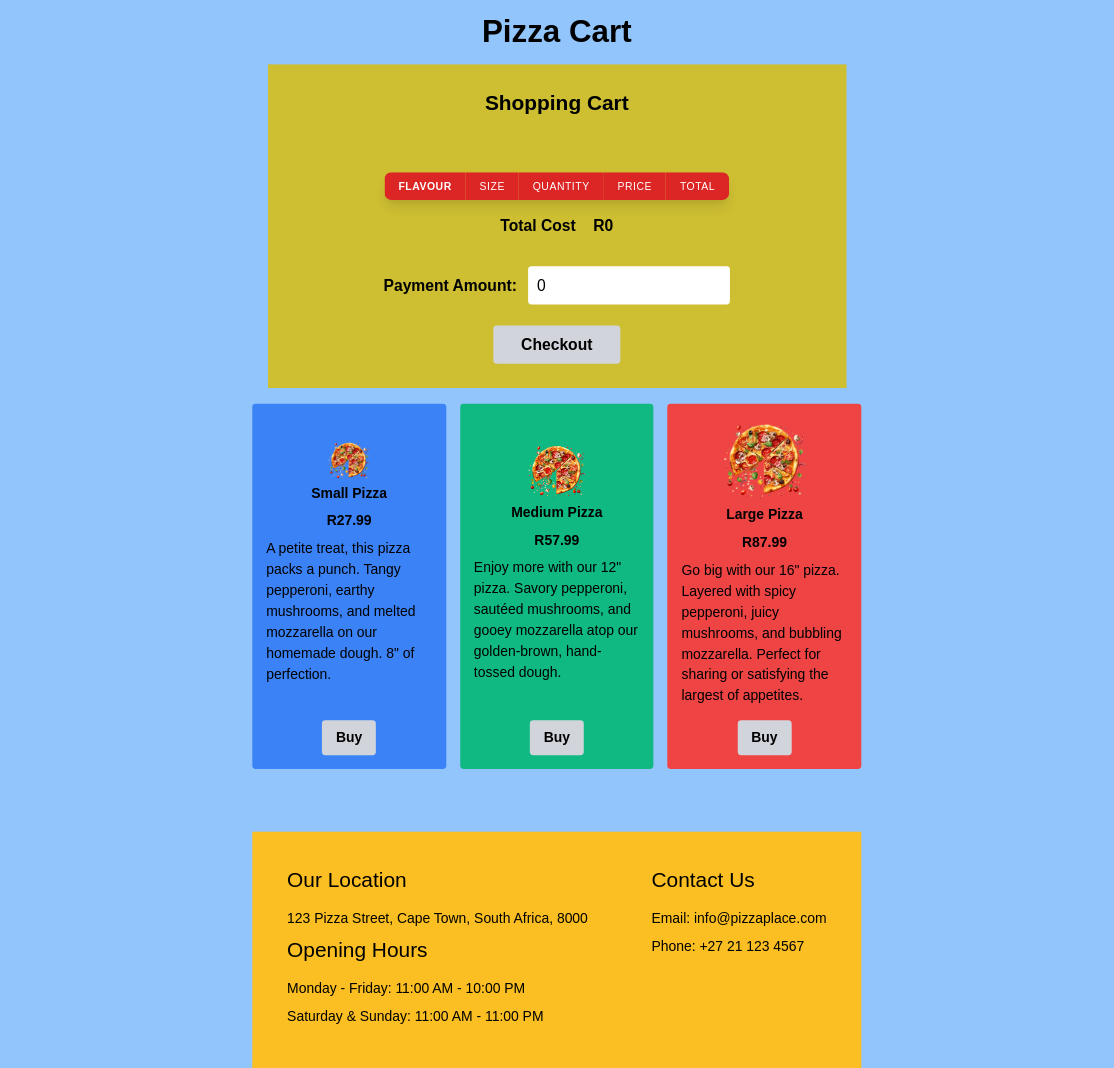
Repository: lasity34/pizza-cart-with-api
Page: index.html
An editor plug-in stored every save of this project. The page is shown before and after the next save, followed by the edit.
The browser window is 1280 px wide. The pictures show the whole page, at 87% of full size.
The page's requests for data from a server got no answer. Some web fonts or font styles are not loaded; a fallback is used. Some web libraries are served in a nearby version.

Above is the page before, as saved 2023-07-14 09:50:34.
Console error (its wording comes from the project's code and is left out).

After the next save:
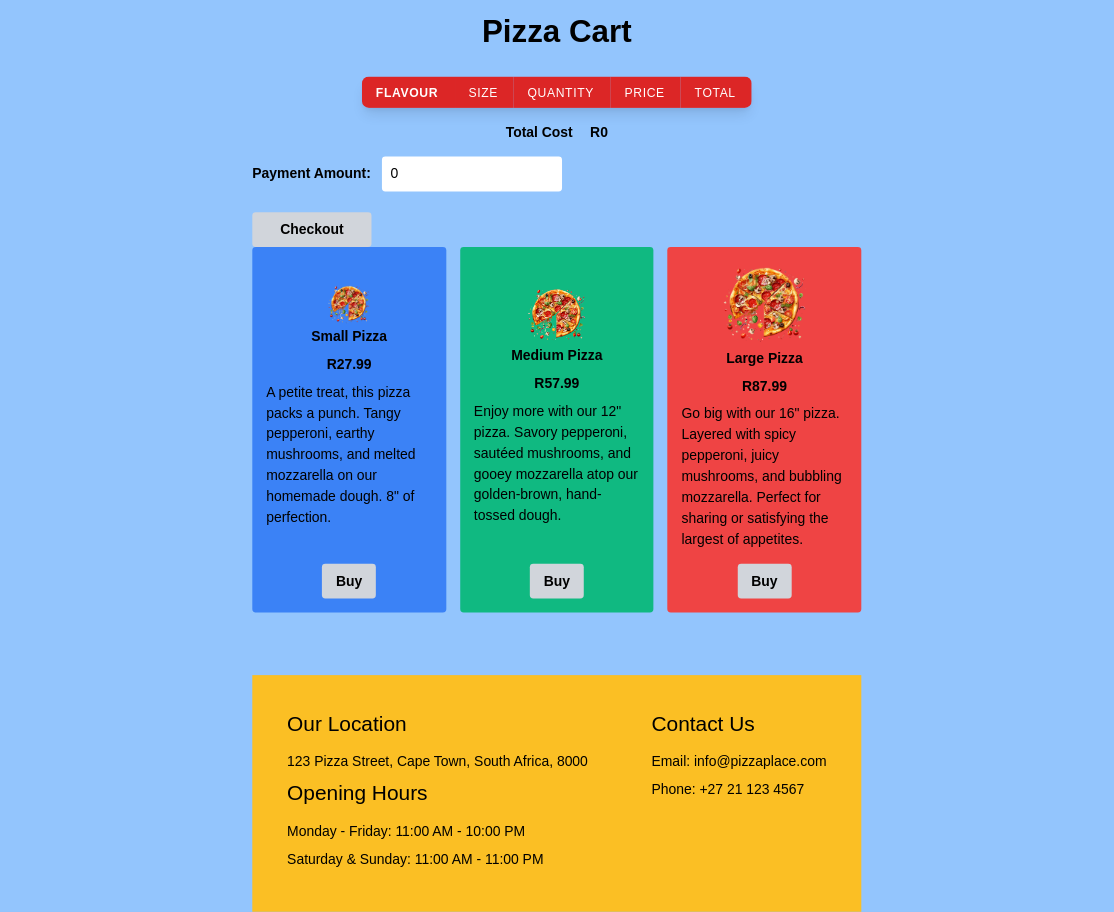
Saved 3 min 1 s later.
--- a/index.html
+++ b/index.html
@@ -28,58 +28,50 @@
       <h1 class="text-4xl pt-4 font-bold">Pizza Cart</h1>
     </section>
 
-    <section
-      class="shop-container my-5 p-7 flex flex-col text-xs sm:text-base md:text-lg lg:text-lg justify-center items-center"
-    >
-      <h2 class="text-2xl mb-2 font-bold">Shopping Cart</h2>
-      <div class="mt-6 flex flex-col items-center">
-        <div>
-            <section class="mt-8">
-                <table class="table-auto w-full rounded-lg overflow-hidden shadow-lg max-w-md mx-auto">
-                    <thead class="bg-red-600">
-                        <tr>
-                            <th class="px-4 py-2 text-left text-xs font-bold font-medium text-white uppercase tracking-wider">Flavour</th>
-                            <th class="px-4 py-2 text-left text-xs font-medium text-white uppercase tracking-wider">Size</th>
-                            <th class="px-4 py-2 text-left text-xs font-medium text-white uppercase tracking-wider">Quantity</th>
-                            <th class="px-4 py-2 text-left text-xs font-medium text-white uppercase tracking-wider">Price</th>
-                            <th class="px-4 py-2 text-left text-xs font-medium text-white uppercase tracking-wider">Total</th>
-                        </tr>
-                    </thead>
-                    <tbody class="bg-yellow-100 divide-y divide-gray-200 overflow-auto max-h-64">
-
-                        <template x-for="pizza in cartPizzas">
-                            <tr>
-                              <td class="px-2 py-1 whitespace-nowrap font-bold text-sm text-gray-500" x-text="pizza.flavour"></td>
-
-                                <td class="px-4 py-2 whitespace-nowrap font-bold text-sm text-gray-500" x-text="pizza.size"></td>
-                                <td class="px-4 py-2 whitespace-nowrap font-bold text-sm text-gray-500">
-                                    <div class="flex items-center justify-center">
-                                        <button
-                                            @click="addPizzaToCart(pizza.id)"
-                                            class="bg-gray-200 hover:bg-gray-300 text-gray-800 font-bold py-2 px-4 rounded-l"
-                                        >
-                                            +
-                                        </button>
-                                        <div x-text="pizza.qty" class="mx-3"></div>
-                                        <button
-                                            @click="removePizza(pizza.id)"
-                                            class="bg-gray-200 hover:bg-gray-300 text-gray-800 font-bold py-2 px-4 rounded-r"
-                                        >
-                                            -
-                                        </button>
-                                    </div>
-                                </td>
-                                <td class="px-4 py-2 whitespace-nowrap text-sm font-bold text-gray-500">
-                                    R<span x-text="pizza.price"></span>
-                                </td>
-                                <td class="px-4 py-2 whitespace-nowrap text-sm font-bold text-gray-500">
-                                    R<span x-text="(pizza.qty * pizza.price).toFixed(2)"></span>
-                                </td>
-                            </tr>
-                        </template>
-                    </tbody>
-                </table>
-            </section>
+    <section class="mt-8">
+      <table class="table-auto w-full rounded-lg overflow-hidden shadow-lg max-w-sm md:max-w-md mx-auto">
+          <thead class="bg-red-600">
+              <tr>
+                  <th class="px-2 sm:px-4 py-1 sm:py-2 text-left text-xs sm:text-sm font-bold font-medium text-white uppercase tracking-wider">Flavour</th>
+                  <th class="px-2 sm:px-4 py-1 sm:py-2 text-left text-xs sm:text-sm font-medium text-white uppercase tracking-wider">Size</th>
+                  <th class="px-2 sm:px-4 py-1 sm:py-2 text-left text-xs sm:text-sm font-medium text-white uppercase tracking-wider">Quantity</th>
+                  <th class="px-2 sm:px-4 py-1 sm:py-2 text-left text-xs sm:text-sm font-medium text-white uppercase tracking-wider">Price</th>
+                  <th class="px-2 sm:px-4 py-1 sm:py-2 text-left text-xs sm:text-sm font-medium text-white uppercase tracking-wider">Total</th>
+              </tr>
+          </thead>
+          <tbody class="bg-yellow-100 divide-y divide-gray-200 overflow-auto max-h-64">
+              <template x-for="pizza in cartPizzas">
+                  <tr>
+                      <td class="px-2 sm:px-4 py-1 sm:py-2 whitespace-nowrap font-bold text-xs sm:text-sm text-gray-500" x-text="pizza.flavour"></td>
+                      <td class="px-2 sm:px-4 py-1 sm:py-2 whitespace-nowrap font-bold text-xs sm:text-sm text-gray-500" x-text="pizza.size"></td>
+                      <td class="px-2 sm:px-4 py-1 sm:py-2 whitespace-nowrap font-bold text-xs sm:text-sm text-gray-500">
+                          <div class="flex items-center justify-center">
+                              <button
+                                  @click="addPizzaToCart(pizza.id)"
+                                  class="bg-gray-200 hover:bg-gray-300 text-gray-800 font-bold py-1 sm:py-2 px-2 sm:px-4 rounded-l"
+                              >
+                                  +
+                              </button>
+                              <div x-text="pizza.qty" class="mx-3"></div>
+                              <button
+                                  @click="removePizza(pizza.id)"
+                                  class="bg-gray-200 hover:bg-gray-300 text-gray-800 font-bold py-1 sm:py-2 px-2 sm:px-4 rounded-r"
+                              >
+                                  -
+                              </button>
+                          </div>
+                      </td>
+                      <td class="px-2 sm:px-4 py-1 sm:py-2 whitespace-nowrap font-bold text-xs sm:text-sm text-gray-500">
+                          R<span x-text="pizza.price"></span>
+                      </td>
+                      <td class="px-2 sm:px-4 py-1 sm:py-2 whitespace-nowrap font-bold text-xs sm:text-sm text-gray-500">
+                          R<span x-text="(pizza.qty * pizza.price).toFixed(2)"></span>
+                      </td>
+                  </tr>
+              </template>
+          </tbody>
+      </table>
+  </section>
 
 
         </div>
